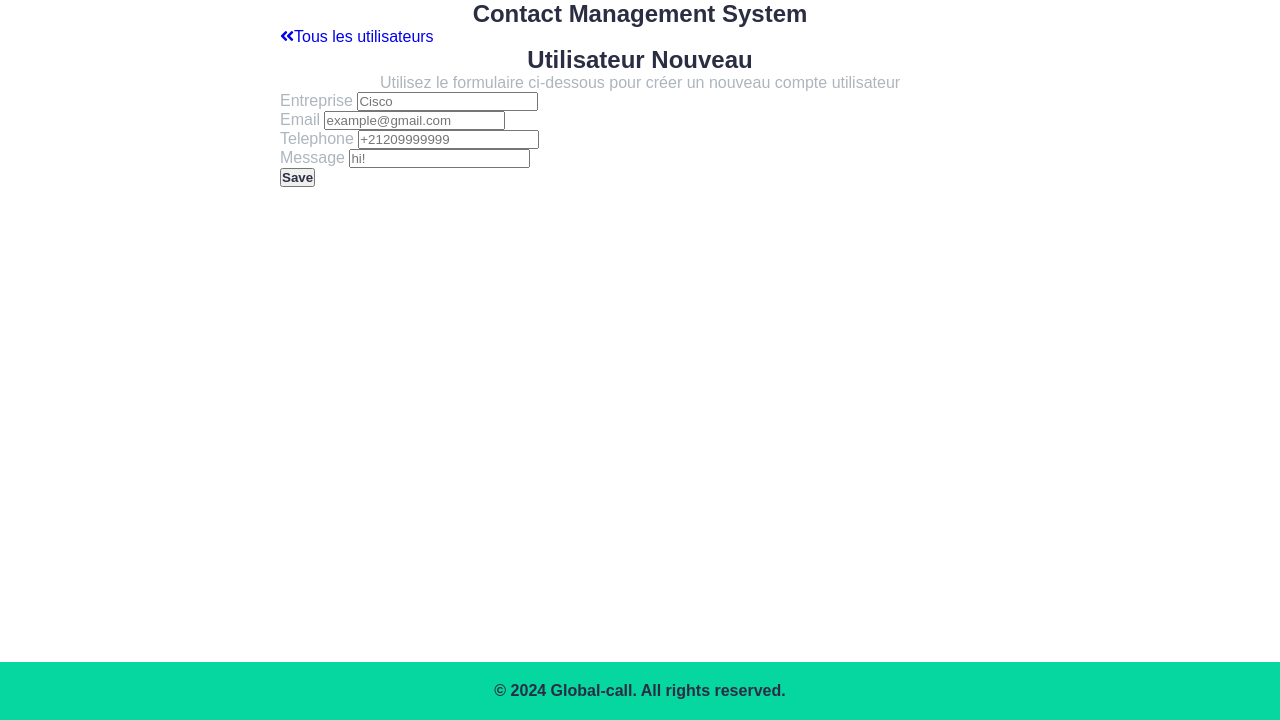
Repository: mohamed-makrani/Global_Development_Service_DBMS
Page: views/add_user.ejs
The author's editor kept a copy of each file at every save. The page is drawn from the files as they stood at one save, then again after a run of saves.
The browser window is 1280 px wide. The pictures show the whole page.
Some web fonts or font styles are not loaded; a fallback is used. The page is served by the project's Node server (DBMS/server.js). The template is opened directly, without the code that normally fills it, so the values that code supplies are empty.

Above is the page before, as saved 2024-04-22 17:30:09.

After the next 2 saves:
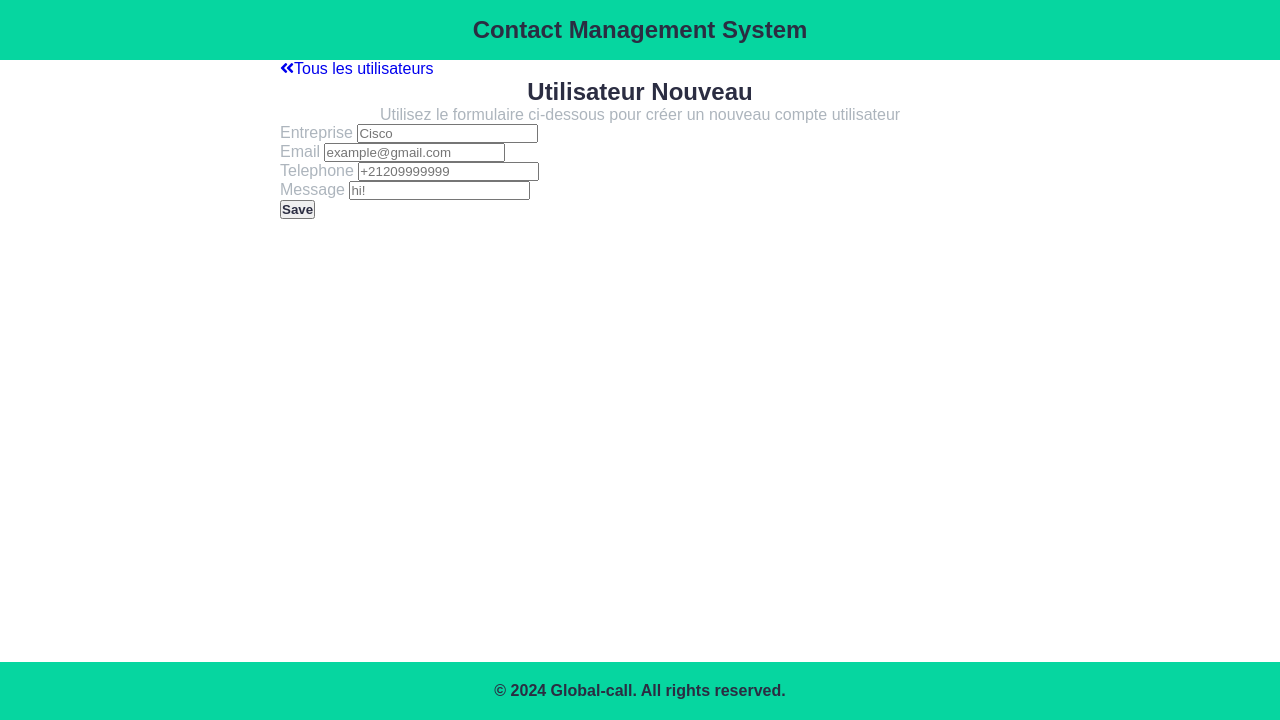
The 2 saves are shown as one change because they came seconds apart.
The last was saved 108 s later.
--- a/DBMS/assets/css/style.css
+++ b/DBMS/assets/css/style.css
@@ -57,3 +57,16 @@ a {
 .text-light{
     color: var(--light);
 }
+
+.text-gradient{
+    background: linear-gradient(to right, #8e2de2, #4a00e0);
+    -webkit-background-clip: text;
+    background-clip: text;
+    -webkit-text-fill-color: transparent;
+}
+
+#header nav{
+    background-color: #06d6a0;
+    padding: 1em 0;
+    width: 100%;
+}
